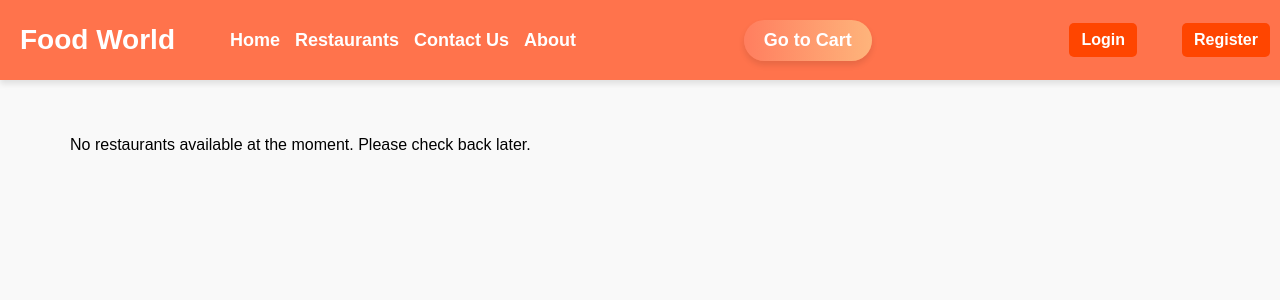
Repository: Sujith-B-S/Food-Application
Page: http://localhost/FoodApplication/home.jsp
The author's editor kept a copy of each file at every save. The page is drawn from the files as they stood at one save, then again after the next save.
The browser window is 1280 px wide. The pictures show the whole page.
Some web fonts or font styles are not loaded; a fallback is used. The page is served by Tomcat 9. Other server files are loaded and not shown.

Above is the page before, as saved 2024-11-20 05:05:44.

### FoodApplication/src/main/webapp/home.jsp
<%@ page language="java" contentType="text/html; charset=UTF-8" pageEncoding="UTF-8"%>
<%@ page import="com.sg.restaurantpojo.Restaurant" %>
<%@ page import="java.util.List" %>
<%@ page import="com.sg.userpojo.User" %>
<!DOCTYPE html>
<html lang="en">
<head>
    <meta charset="UTF-8">
    <meta name="viewport" content="width=device-width, initial-scale=1.0">
    <title>Home - Food Application</title>
    <style>
        /* Google Font */
        @import url('https://fonts.googleapis.com/css2?family=Nunito+Sans:wght@400;600;700&display=swap');

        html {
            scroll-behavior: smooth;
        }

        body {
            margin: 0;
            font-family: 'Nunito Sans', sans-serif;
            background-color: #f9f9f9;
        }

        /* Navbar Styling */
        .navbar {
            position: fixed;
            top: 0;
            width: 100%;
            height: 80px;
            background-color: #FF734C;
            display: flex;
            justify-content: space-between;
            align-items: center;
            padding: 0 20px;
            box-shadow: 0 4px 6px rgba(0, 0, 0, 0.1);
            z-index: 1000;
        }

        .navbar-left .nav{
            display: flex;
            align-items: center;
        }

        .navbar-left {
        	gap : 35px;
            display: flex;
            align-items: center;
        }


        .app-name {
            font-size: 28px;
            font-weight: 700;
            color: white;
            margin-right: 20px;
        }

        nav {
            display: flex;
            gap: 15px;
        }

        .navbar a {
            color: white;
            text-decoration: none;
            font-size: 18px;
            font-weight: 600;
        }

        .navbar a:hover {
            color: black;
        }

        .user-info {
            display: flex;
            align-items: center;
            gap: 15px;
        }

        .user-info p {
            margin: 0;
            color: white;
            font-size: 18px;
        }

        .user-info a {
            color: #fff;
            padding: 8px 12px;
            border-radius: 5px;
            margin-right:30px;
            background-color: #ff4500;
            font-size: 16px;
            text-decoration: none;
            transition: background-color 0.3s ease;
        }

        .user-info a:hover {
            background-color: #ff3300;
        }

        .cart-button {
    display: inline-block;
    margin-right: 30px;
    padding: 10px 20px;
    font-size: 18px;
    font-weight: bold;
    color: white;
    background: linear-gradient(90deg, #ff7e5f, #feb47b);
    border: none;
    border-radius: 25px;
    box-shadow: 0 4px 6px rgba(0, 0, 0, 0.1);
    text-decoration: none;
    text-align: center;
    transition: all 0.3s ease-in-out;
}

.cart-button:hover {
    background: linear-gradient(90deg, #feb47b, #ff7e5f);
    box-shadow: 0 6px 12px rgba(0, 0, 0, 0.2);
    transform: translateY(-2px);
}

.cart-button:active {
    transform: translateY(0);
    box-shadow: 0 3px 6px rgba(0, 0, 0, 0.1);
}


        /* Hamburger Menu */
        .hamburger {
            display: none;
            flex-direction: column;
            gap: 5px;
            cursor: pointer;
        }

        .hamburger div {
            width: 25px;
            height: 3px;
            background-color: white;
        }

        .navbar nav {
            display: flex;
        }

        .navbar nav.active {
            display: flex;
            flex-direction: column;
            background-color: #FF734C;
            position: absolute;
            top: 70px;
            left: 0;
            width: 100%;
            padding: 10px 0;
            z-index: 999;
        }

        .container {
        	margin:50px;
            margin-top:100px;
            display: grid;
            grid-template-columns: repeat(auto-fit, minmax(250px, 1fr));
            gap: 50px;
            height:150px;
            padding: 20px;
        }

        .card {
            border: 1px solid #ddd;
            border-radius: 10px;
            margin-bottom:10px;
            background-color: #fff;
            box-shadow: 0 4px 8px rgba(0, 0, 0, 0.1);
            transition: transform 0.3s ease, box-shadow 0.3s ease;
        }

        .card:hover {
            transform: scale(1.05);
            box-shadow: 0 6px 12px rgba(0, 0, 0, 0.2);
        }

        .card img {
            width: 100%;
            height: 250px;
            object-fit: cover;
            -moz-border-radius: 0px;
			-webkit-border-radius: 3px 3px 0px 0px;
			border-radius: 10px 10px 0px 0px;
        }

        .card-content {
            padding: 15px;
            text-align: center;
        }

        .card-content h3 {
            font-size: 1.5rem;
            color: #1E201E;
            margin: 10px 0;
        }

        .card-content p {
            font-size: 0.9rem;
            color: #666;
            margin: 5px 0;
        }
        a{
        	text-decoration: none;
        }

       /*  .card-content button {
            margin-top: 10px;
            padding: 10px 20px;
            font-size: 16px;
            color: white;
            background-color: #FF734C;
            border: none;
            border-radius: 5px;
            cursor: pointer;
            transition: background-color 0.3s ease;
        } */

       /*  .card-content button:hover {
            background-color: #ff3d00;
        } */

        /* Responsive Adjustments */
        @media (max-width: 790px) {
            .hamburger {

                display: flex;
                width: 10px;
            }

            .navbar nav {
                display: none;
            }

            .navbar nav.active {
                display: flex;
            }

            .app-name {
                font-size: 24px;
            }

            .user-info a {
                font-size: 14px;
            }
        }

        @media (max-width: 450px) {
            .hamburger {
                display: flex;
            }

            .navbar nav {
                display: none;
            }

            .navbar nav.active {
                display: flex;
            }

            .app-name {
                font-size: 20px;
            }

            .user-info a {
                font-size: 7px;
            }
        }


    </style>
    <script>
        document.addEventListener('DOMContentLoaded', () => {
            const hamburger = document.querySelector('.hamburger');
            const nav = document.querySelector('.navbar nav');

            hamburger.addEventListener('click', () => {
                nav.classList.toggle('active');
            });
        });
    </script>
</head>
<body>


    <!-- Navbar -->
    <div class="navbar">
        <div class="navbar-left">
            <div class = "title">
            	<p class="app-name">Food World</p>
            </div>
            <div class="hamburger">
                <div></div>
                <div></div>
                <div></div>
            </div>
            <nav>
                <a href="home.jsp">Home</a>
                <a href="restaurants.jsp">Restaurants</a>
                <a href="contact.jsp">Contact Us</a>
                <a href="about.jsp">About</a>
            </nav>
        </div>
        <a href = "cart.jsp" class = "cart-button"> Go to Cart</a>
        <div class="user-info">
            <%
                User user = (User) session.getAttribute("loggedInUser");
                if (user != null) {
            %>
                <p>Welcome, <%= user.getUsername() %></p>
                <a href="login.jsp">Logout</a>
            <%
                } else {
            %>
                <a href="login.jsp">Login</a>
                <a href="register.jsp">Register</a>
            <%
                }
            %>
        </div>
    </div>



    <!-- Restaurant Cards -->
    <div class="container">
        <%
            List<Restaurant> resList = (List<Restaurant>) session.getAttribute("resList");
            if (resList != null) {
                for (Restaurant res : resList) {
        %>
        <a href="ShowMenu?restaurantId=<%= res.getRestaurantId() %>">
        <div class="card">
            <img src="<%= res.getImage() %>" alt="Restaurant">
            <div class="card-content">
                <h3><%= res.getName() %></h3>
                <p><strong>Cuisine:</strong> <%= res.getCuisineType() %></p>
                <p><strong>Address:</strong> <%= res.getAddress() %></p>
                <p><strong>Ratings:</strong> <%= res.getRatings() %></p>
                <p><strong>Delivery Time:</strong> <%= res.getDeliverTime() %> mins</p>
                <p><strong>Available:</strong> <%= res.getIsActive() ? "Yes" : "No" %></p>



            </div>
        </div>
         </a>
        <%
                }
            } else {
        %>
        <p>No restaurants available at the moment. Please check back later.</p>
        <%
            }
        %>

    </div>


</body>
</html>

After the next save:
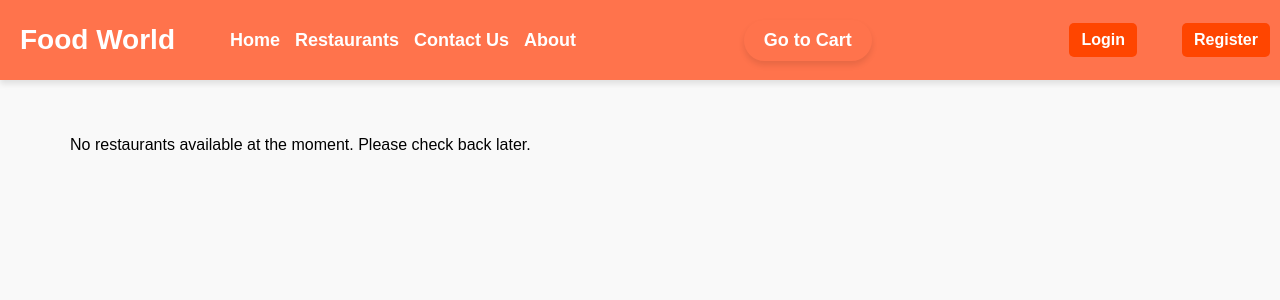
Saved 40 s later.
--- a/FoodApplication/src/main/webapp/home.jsp
+++ b/FoodApplication/src/main/webapp/home.jsp
@@ -106,7 +106,7 @@
     font-size: 18px;
     font-weight: bold;
     color: white;
-    background: linear-gradient(90deg, #ff7e5f, #feb47b);
+    background: linear-gradient(90deg, #ff7e5, #feb47b);
     border: none;
     border-radius: 25px;
     box-shadow: 0 4px 6px rgba(0, 0, 0, 0.1);

After the 2 saves that followed:
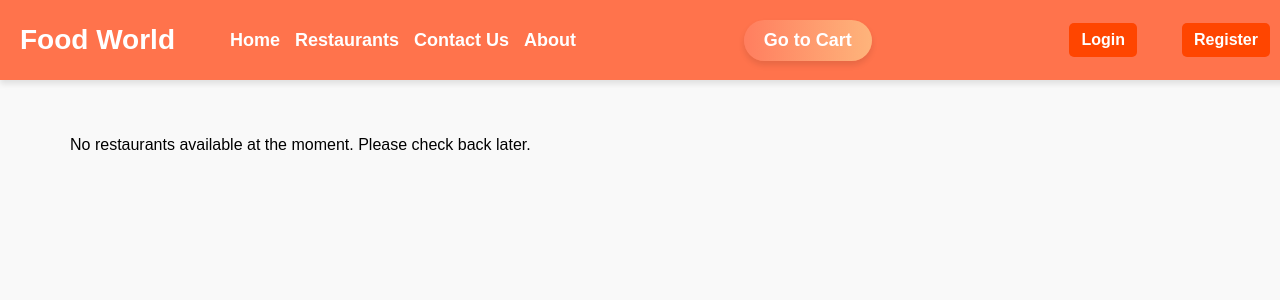
The 2 saves are shown as one change because 1 left the picture as it was.
The last was saved 30 s later.
--- a/FoodApplication/src/main/webapp/home.jsp
+++ b/FoodApplication/src/main/webapp/home.jsp
@@ -106,7 +106,7 @@
     font-size: 18px;
     font-weight: bold;
     color: white;
-    background: linear-gradient(90deg, #ff7e5, #feb47b);
+    background: linear-gradient(90deg, #ff7e5f, #feb47b);
     border: none;
     border-radius: 25px;
     box-shadow: 0 4px 6px rgba(0, 0, 0, 0.1);
